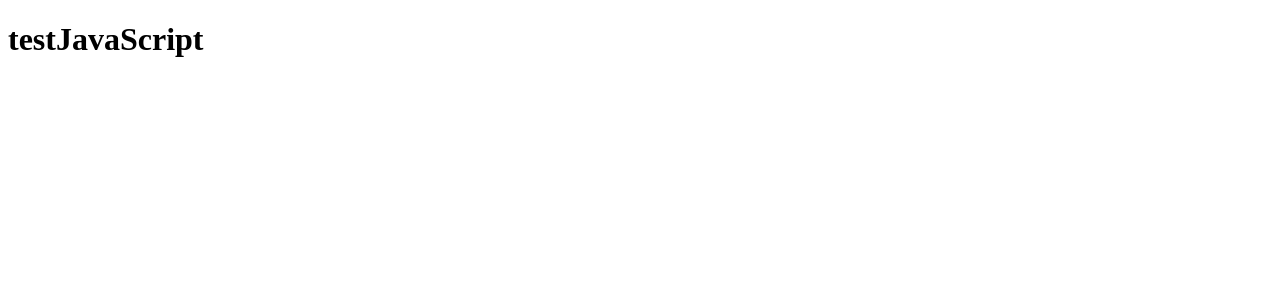
Repository: bianchi112/ict-data
Page: web_workspace/testJavaScriptProject/src/main/webapp/index.html
These files come from the project's save history. The page is drawn as it stood at one moment and after the next save; the edit follows.
The browser window is 1280 px wide. The pictures show the whole page.

Above is the page before, as saved 2024-09-03 01:00:45.

After the next save:
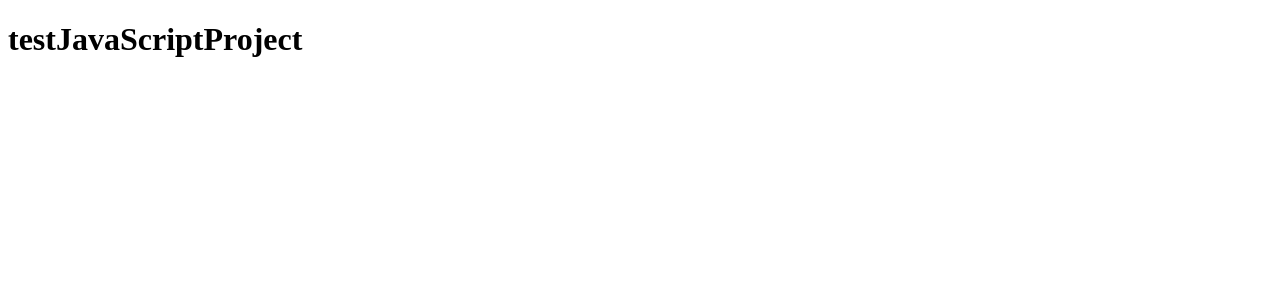
Saved 4 s later.
--- a/web_workspace/testJavaScriptProject/src/main/webapp/index.html
+++ b/web_workspace/testJavaScriptProject/src/main/webapp/index.html
@@ -6,7 +6,7 @@
 </head>
 <body>
 <header>
-	<h1>testJavaScript</h1>
+	<h1>testJavaScriptProject</h1>
 </header>
 </body>
 </html>
